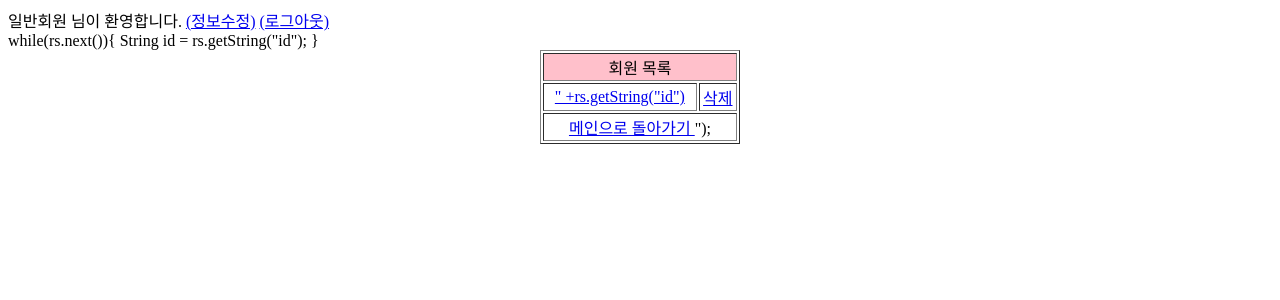
Repository: rumor1993/KH1
Page: http://localhost/Board/member/member_list.jsp
The author's editor kept a copy of each file at every save. The page is drawn from the files as they stood at one save, then again after the next save.
The browser window is 1280 px wide. The pictures show the whole page.
The page is served by Tomcat 9. The template is opened directly, without the code that normally fills it, so the values that code supplies are empty.

Above is the page before, as saved 2018-05-08 02:10:24.

After the next save:
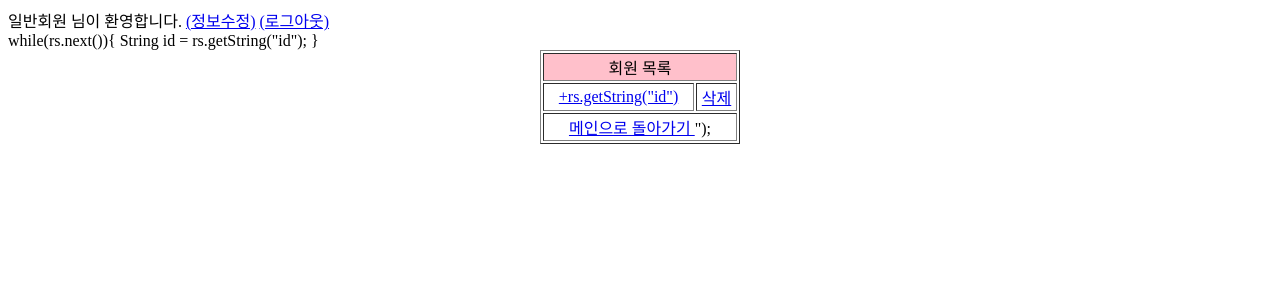
Saved 10 s later.
--- a/Board/WebContent/member/member_list.jsp
+++ b/Board/WebContent/member/member_list.jsp
@@ -23,7 +23,7 @@
 		String id = rs.getString("id");
 		<tr>
 		<td>
-		<a href ='select.net?id="+ rs.getString("id") +"'>" +rs.getString("id")</a>
+		<a href ='select.net?id="+ rs.getString("id") +"'> +rs.getString("id")</a>
 		</td>
 		<td>
 		<a href ='delete.net?id="+ rs.getString("id") +"'>삭제</a>
